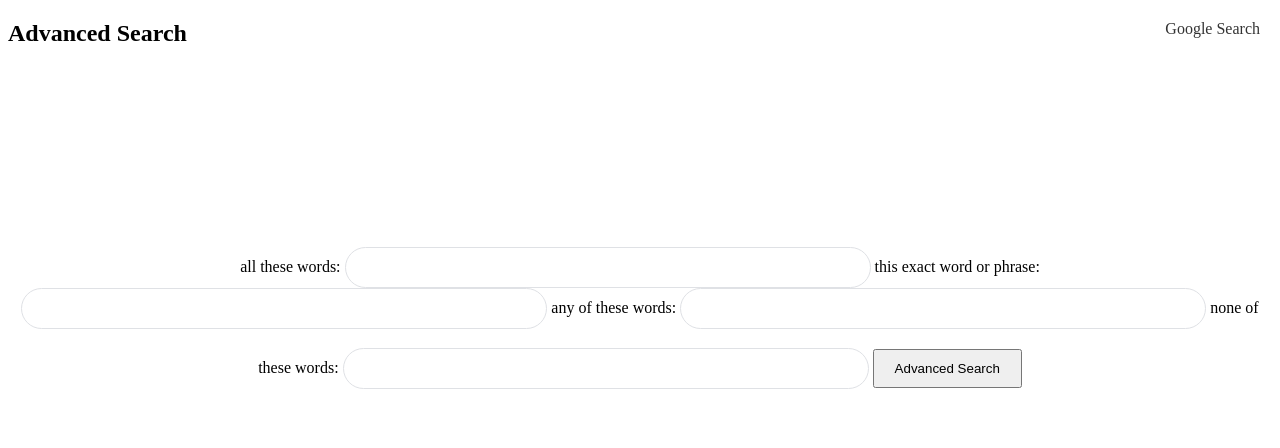
Repository: Saba-shahzadi2/CS50W-Project0-Search
Page: search/advanced.html
These files come from the project's save history. The page is drawn as it stood at one moment and after the next save; the edit follows.
The browser window is 1280 px wide. The pictures show the whole page.

Above is the page before, as saved 2026-08-13 13:00:21.

After the next save:
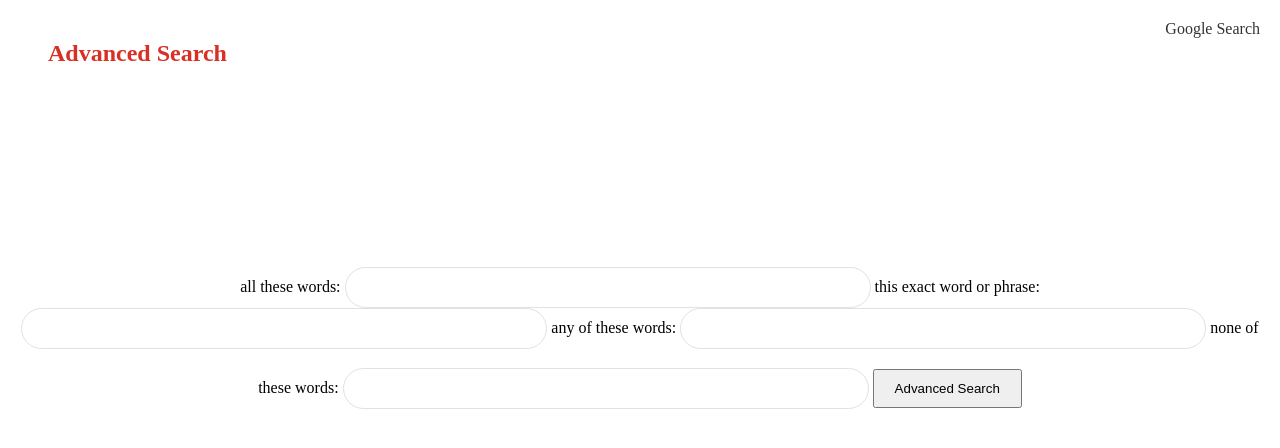
Saved 2 min 36 s later.
--- a/search/styles.css
+++ b/search/styles.css
@@ -25,3 +25,36 @@
 .top-links a:hover {
   text-decoration: underline;
 }
+
+/* Advanced search  */
+
+h2 {
+  color: #d93025;
+  margin: 40px;
+}
+
+.advanced-form {
+  margin: 40px;
+  text-align: left;
+}
+
+.advanced-form label {
+  display: block;
+  margin-top: 15px;
+  margin-bottom: 5px;
+}
+
+.advanced-form input[type="text"] {
+  width: 500px;
+  padding: 8px;
+  border: 1px solid #d9d9d9;
+  border-radius: 2px;
+}
+
+.advanced-form input[type="submit"] {
+  margin-top: 20px;
+  background-color: #4d90fe;
+  color: white;
+  border: 1px solid #3079ed;
+  padding: 8px 15px;
+}
